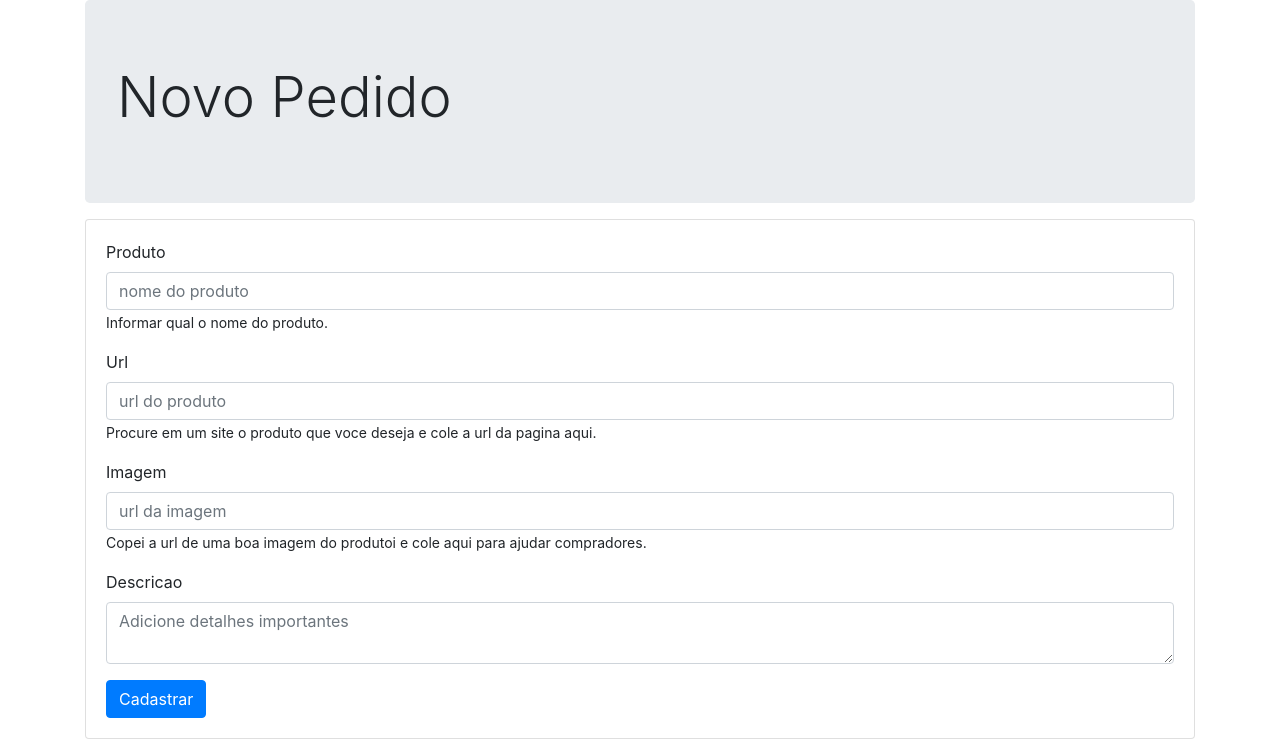
Repository: PedroKarasudani/Spring_MVC
Page: http://localhost/pedido/formulario
These files come from the project's save history. The page is drawn as it stood at one moment and after the next save; the edit follows.
The browser window is 1280 px wide. The pictures show the whole page.
Some web fonts or font styles are not loaded; a fallback is used. The page is this project's Thymeleaf template; nobody is signed in. The template is opened directly, without the code that normally fills it, so the values that code supplies are empty.

Above is the page before, as saved 2023-10-30 23:04:52.

After the next save:
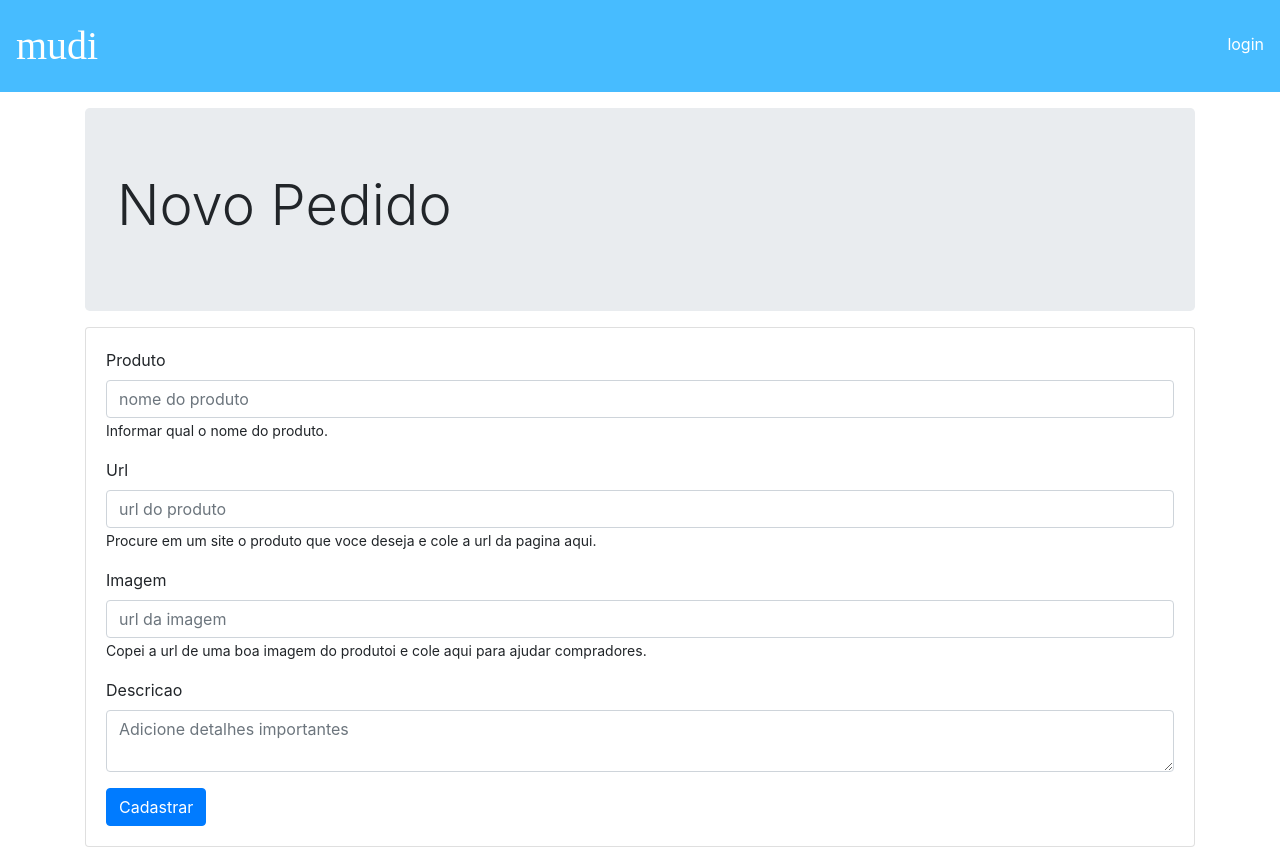
Saved 19 s later.
--- a/mudi/src/main/resources/templates/pedido/formulario.html
+++ b/mudi/src/main/resources/templates/pedido/formulario.html
@@ -20,6 +20,10 @@
 </head>
 
 <body>
+	<div class="logo-container mb-3 p-3 d-flex justify-content-between">
+		<span class="logo">mudi</span>
+		<span class="mt-3">login</span>
+	</div>
 	<div class="container">
 		<div class="jumbotron mb-0">
 			<h1 class="display-4">Novo Pedido</h1>
